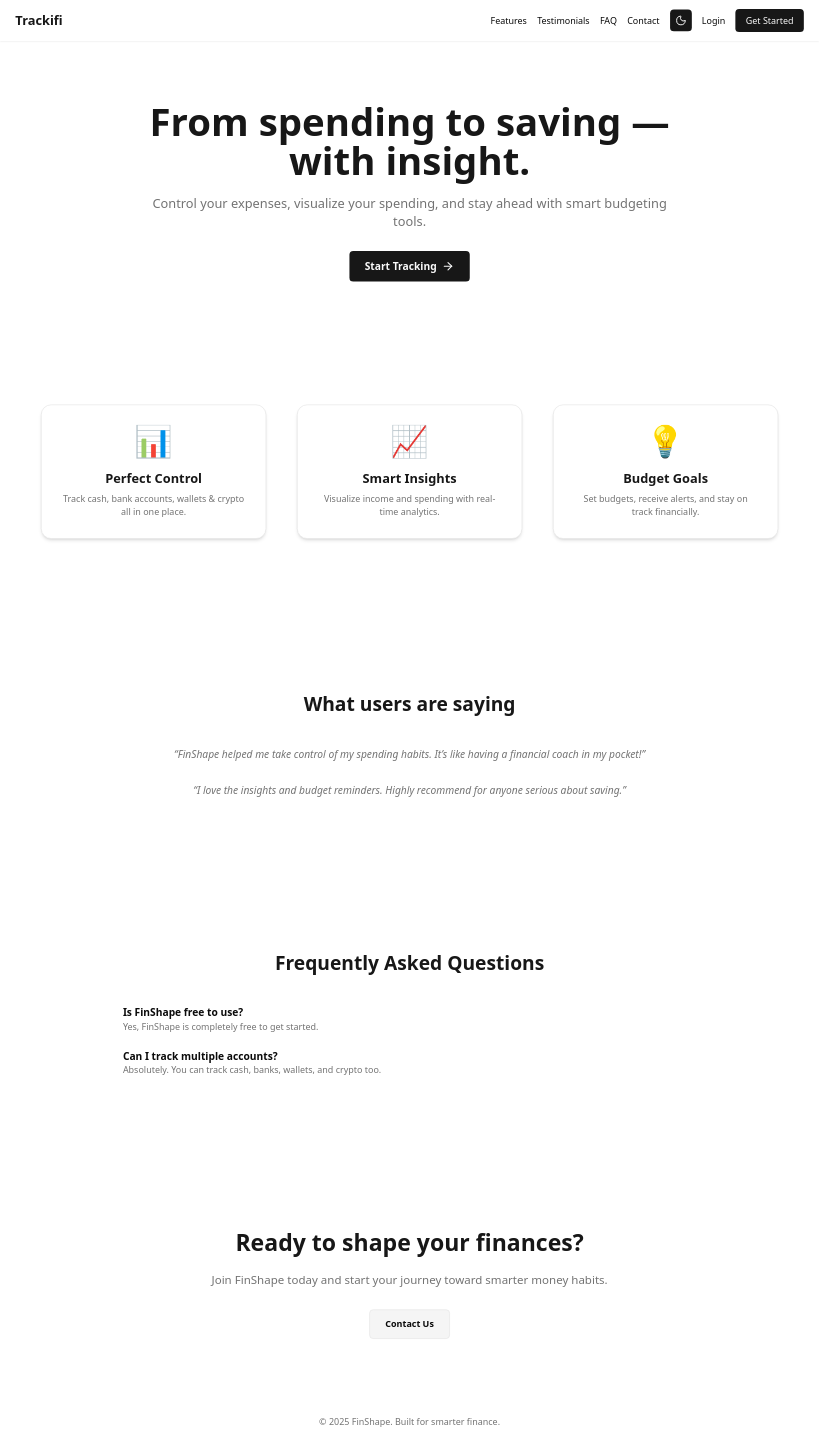
Repository: ruthvik-mt/Trackifi
Page: / (app in frontend/)
These files come from the project's save history. The page is drawn as it stood at one moment and after the next save; the edit follows.
The browser window is 1280 px wide. The pictures show the whole page, at 64% of full size.
The project was rebuilt for these pictures with package versions that can differ from the ones it lists, and the page was loaded fresh each time. Also part of the build but not shown: frontend/vite.config.ts, frontend/src/hooks/useAuth.ts, frontend/src/components/FormInput.tsx, frontend/src/pages/Auth/Login.tsx, frontend/src/pages/Auth/Register.tsx, frontend/src/components/Sidebar.tsx, frontend/src/components/ThemeToggleButton.tsx, frontend/src/components/Navbar.tsx and 22 more.

Above is the page before, as saved 2025-07-15 23:04:24.

After the next save:
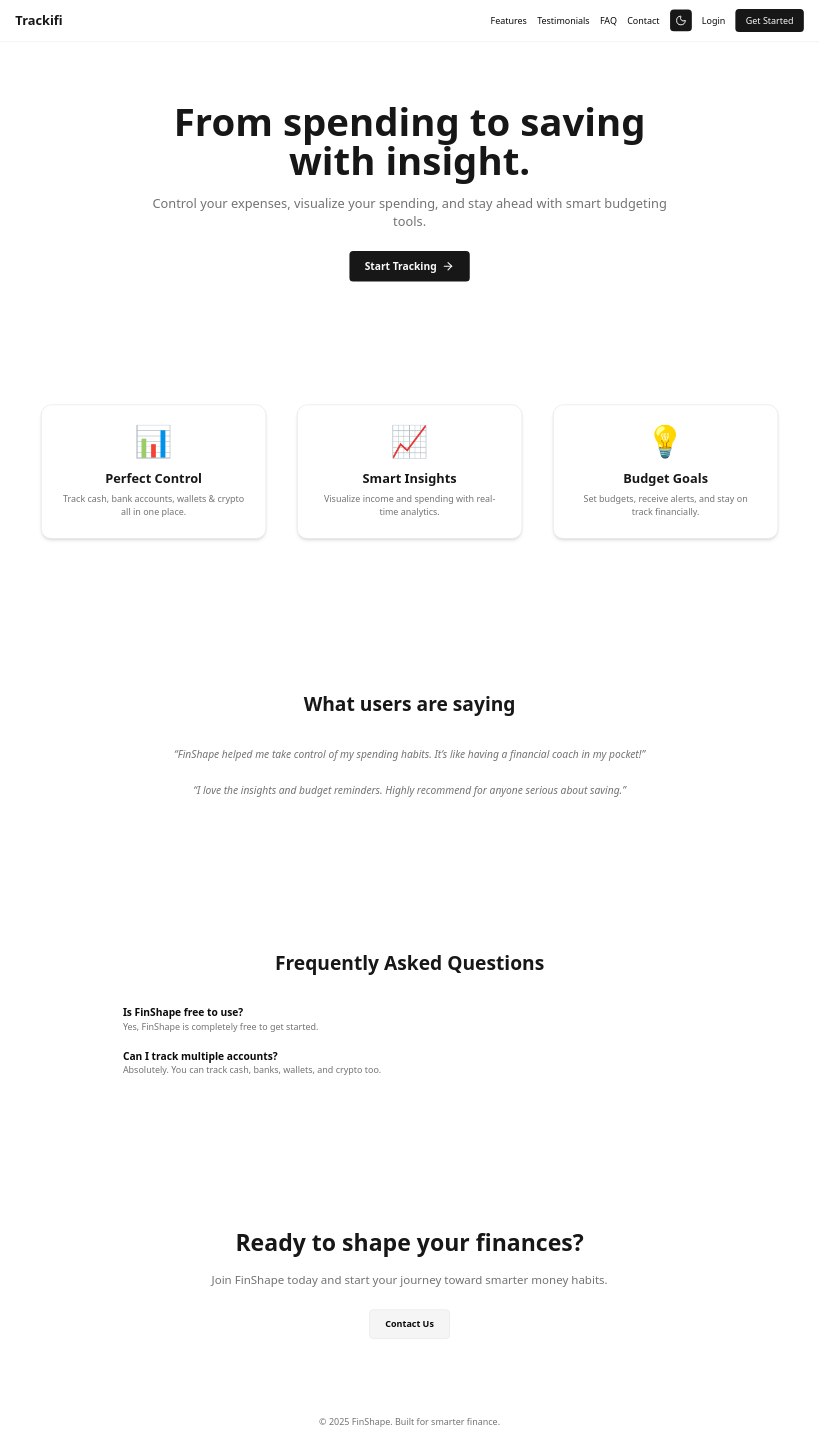
Saved 11 s later.
--- a/frontend/src/pages/LandingPage.tsx
+++ b/frontend/src/pages/LandingPage.tsx
@@ -62,7 +62,7 @@ export default function LandingPage() {
         transition={{ duration: 0.6 }}
       >
         <h1 className="text-5xl md:text-6xl font-extrabold leading-tight mb-6 text-primary">
-          From spending to saving — with insight.
+          From spending to saving with insight.
         </h1>
         <p className="text-lg md:text-xl text-muted-foreground mb-8">
           Control your expenses, visualize your spending, and stay ahead with smart budgeting tools.
